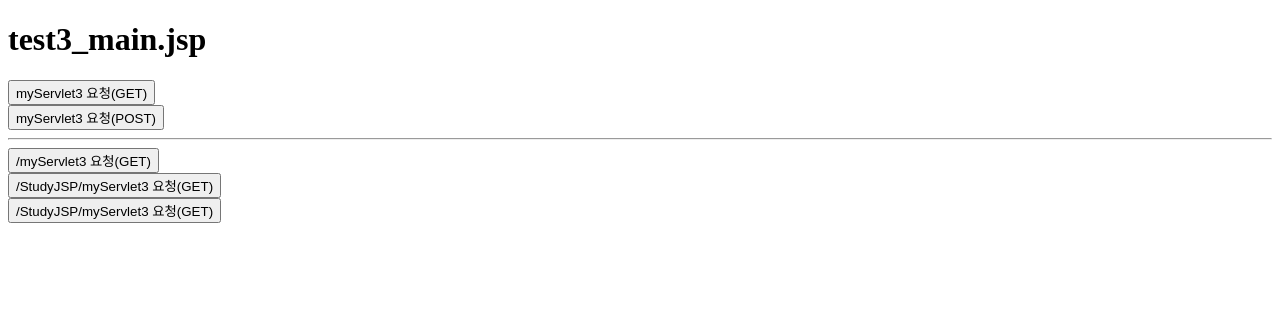
Repository: junesse-afk/ITJSP
Page: http://localhost/StudyJSP/jsp09_servlet/test3_main.jsp
These files come from the project's save history. The page is drawn as it stood at one moment and after the next save; the edit follows.
The browser window is 1280 px wide. The pictures show the whole page.
The page is served by Tomcat 10. Other server files are loaded and not shown.

Above is the page before, as saved 2024-11-26 07:24:40.

### workspace_jsp/StudyJSP/src/main/webapp/jsp09_servlet/test3_main.jsp
<%@ page language="java" contentType="text/html; charset=UTF-8"
    pageEncoding="UTF-8"%>
<!DOCTYPE html>
<html>
<head>
<meta charset="UTF-8">
<title>Insert title here</title>
</head>
<body>

	<h1>test3_main.jsp</h1>
	<form action="myServlet3" method="get">
		<input type="hidden" name="id" value="admin">
		<input type="hidden" name="name" value="홍길동">
		<input type="submit" value="myServlet3 요청(GET)">
	</form>
	<form action="myServlet3" method="post">
		<input type="hidden" name="id" value="admin">
		<input type="hidden" name="name" value="홍길동">
		<input type="submit" value="myServlet3 요청(POST)">
	</form>
	<hr>

	<%-- 요청 주소 앞에 /가 붙을 경우 루트(/)를 의미하게 되므로 --%>
	<%-- 현재 요청 주소의 최상위 경로에서 myServlet3 서블릿을 요청하게 된다! --%>
	<form action="/myServlet3" method="get">
		<input type="submit" value="/myServlet3 요청(GET)">
	</form>

	<%-- 요청 주소에 / 사용 시 프로젝트명(폴더명) 까지 명시해야한다! --%>
	<form action="/StudyJSP/myServlet3" method="get">
		<input type="submit" value="/StudyJSP/myServlet3 요청(GET)">
	</form>

	<%-- 현재 프로젝트명(컨텍스트 루트)까지 직접 기술하지 않도 EL을 통해 표현하는 방법 --%>
	<form action="${pageContext.request.contextPath}/myServlet3" method="get">
		<input type="submit" value="/StudyJSP/myServlet3 요청(GET)">
	</form>





</body>
</html>

After the next save:
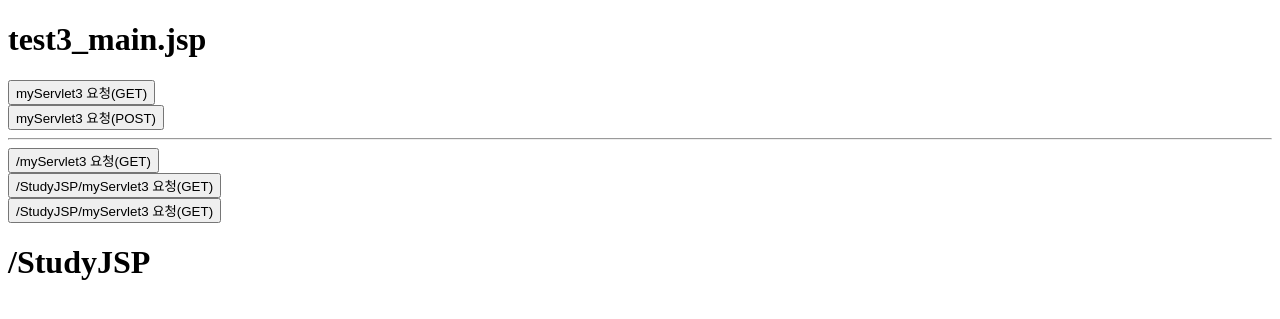
Saved 25 s later.
--- a/workspace_jsp/StudyJSP/src/main/webapp/jsp09_servlet/test3_main.jsp
+++ b/workspace_jsp/StudyJSP/src/main/webapp/jsp09_servlet/test3_main.jsp
@@ -37,7 +37,7 @@
 		<input type="submit" value="/StudyJSP/myServlet3 요청(GET)">
 	</form>
 
-
+	<h1>${pageContext.request.contextPath}</h1>
 
 
 
